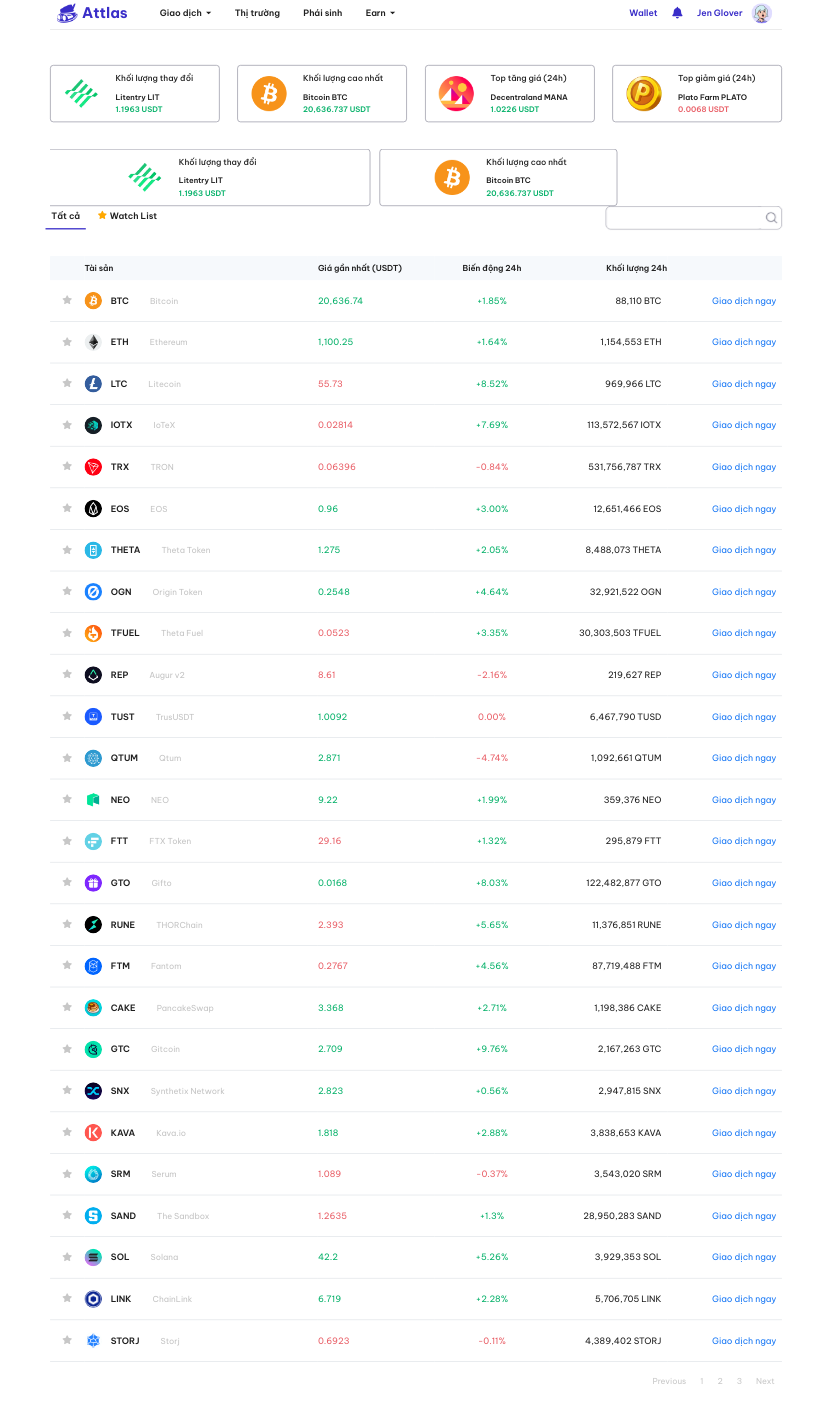
Repository: 1509Long/1509long.github.io
Page: techmaster-test/homepage.html
The author's editor kept a copy of each file at every save. The page is drawn from the files as they stood at one save, then again after the next save.
The browser window is 1280 px wide. The pictures show the whole page, at 65% of full size.

Above is the page before, as saved 2022-07-19 16:12:08.

After the next save:
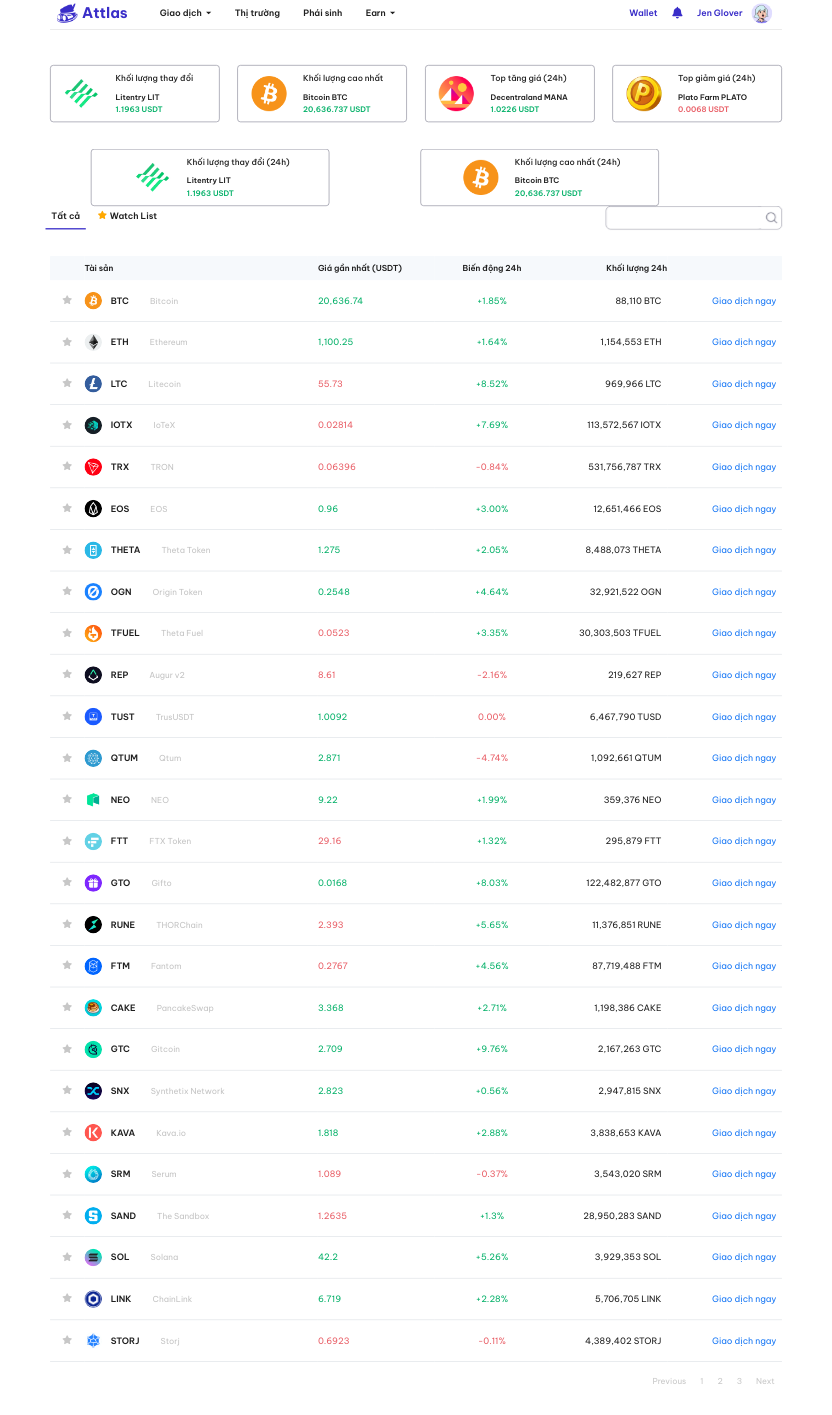
Saved 4 min 6 s later.
--- a/techmaster-test/homepage.html
+++ b/techmaster-test/homepage.html
@@ -182,26 +182,26 @@
       >
         <div class="carousel-inner">
           <div class="carousel-item active">
-            <div class="row">
-              <div class="col-6">
+            <div class="row d-flex justify-content-evenly">
+              <div class="col-6 col-sm-5 col-md-4">
                 <div class="carousel-top-token">
                   <div class="token-top">
                     <img src="./img/589_Yrl.png" class="img-fluid" alt="" />
                   </div>
                   <div class="infomation-token-of-the-day">
-                    <p>Khối lượng thay đổi</p>
+                    <p>Khối lượng thay đổi (24h)</p>
                     <p>Litentry LIT</p>
                     <p class="increase">1.1963 USDT</p>
                   </div>
                 </div>
               </div>
-              <div class="col-4">
+              <div class="col-6 col-sm-5 col-md-4">
                 <div class="carousel-top-token">
                   <div class="token-top">
                     <img src="./img/1.png" class="img-fluid" alt="" />
                   </div>
                   <div class="infomation-token-of-the-day">
-                    <p>Khối lượng cao nhất</p>
+                    <p>Khối lượng cao nhất (24h)</p>
                     <p>Bitcoin BTC</p>
                     <p class="increase">20,636.737 USDT</p>
                   </div>
